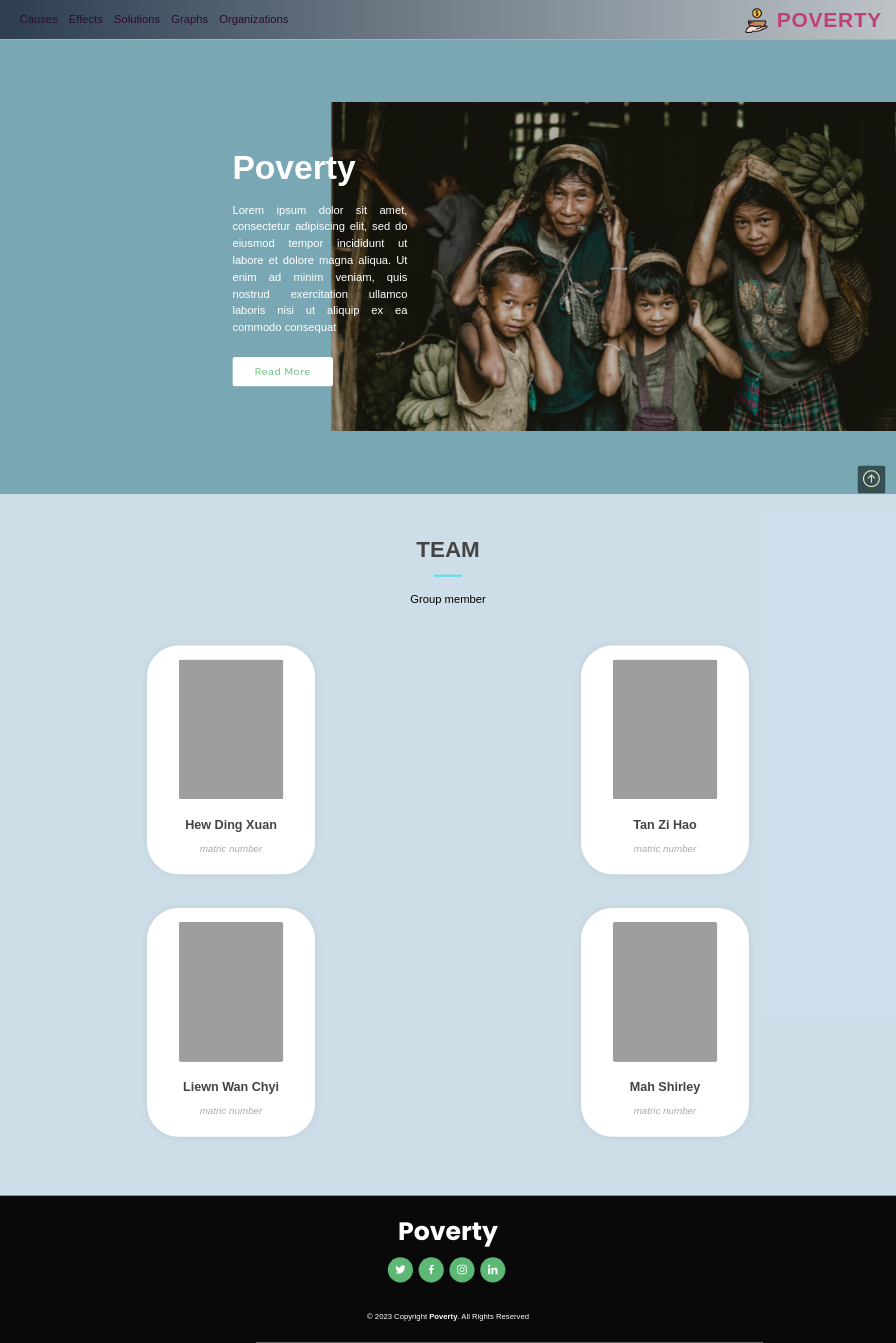
Repository: oscarhew/OSP_WIE2002
Page: index.html
The author's editor kept a copy of each file at every save. The page is drawn from the files as they stood at one save, then again after the next save.
The browser window is 1280 px wide. The pictures show the whole page, at 70% of full size.
Pictures or frames that could not be fetched are drawn as grey boxes.

Above is the page before, as saved 2023-04-02 15:02:31.

### index.html
<!DOCTYPE html>
<html lang="en">
<head>
    <meta charset="UTF-8">
    <meta http-equiv="X-UA-Compatible" content="IE=edge">
    <meta name="viewport" content="width=device-width, initial-scale=1.0">
    <title>Poverty</title>

    <!-- Favicon -->
    <link href="assets/img/logo.png" rel="icon">

    <!-- Google Fonts -->
    <link
      href="https://fonts.googleapis.com/css?family=Open+Sans:300,300i,400,400i,600,600i,700,700i|Raleway:300,300i,400,400i,500,500i,600,600i,700,700i|Poppins:300,300i,400,400i,500,500i,600,600i,700,700i"
      rel="stylesheet">

    <!-- Animate.css -->
    <link href="https://cdnjs.cloudflare.com/ajax/libs/animate.css/4.1.1/animate.min.css" rel="stylesheet" />

    <!-- Bootstrap 5 -->
    <link href="https://cdn.jsdelivr.net/npm/bootstrap@5.0.2/dist/css/bootstrap.min.css" rel="stylesheet"
        integrity="sha384-EVSTQN3/azprG1Anm3QDgpJLIm9Nao0Yz1ztcQTwFspd3yD65VohhpuuCOmLASjC" crossorigin="anonymous">
    <link rel="stylesheet" href="https://cdn.jsdelivr.net/npm/bootstrap-icons@1.8.1/font/bootstrap-icons.css">

    <!-- Boxicons -->
    <link href='https://unpkg.com/boxicons@2.1.2/css/boxicons.min.css' rel='stylesheet'>

    <!-- Template Main CSS File -->
    <link href="assets/css/main.css" rel="stylesheet">
</head>

<body class="d-flex flex-column min-vh-100">
  <!-- ======= Header ======= -->
  <nav id="header" class="navbar sticky-top navbar-expand-lg navbar-dark gradient-custom bg-dark p-2">
    <div class="container-fluid">

      <div class="collapse navbar-collapse justify-content-start" id="navbarNavAltMarkup">
        <ul class="navbar-nav">
          <li class="nav-item"><a class="nav-link" href="causes.html">Causes</a></li>
          <li class="nav-item"><a class="nav-link" href="effects.html">Effects</a></li>
          <li class="nav-item"><a class="nav-link" href="solutions.html">Solutions</a></li>
          <li class="nav-item"><a class="nav-link" href="graphs.html">Graphs</a></li>
          <li class="nav-item"><a class="nav-link" href="organizations.html">Organizations</a></li>
        </ul>
      </div>
      <a class="px-1" href="index.html">
        <img src="assets/img/logo.png" alt="" width="35" height="35" class="d-inline-block align-text-top">
        <h1 class="logo"><a href="index.html">POVERTY</a></h1>
      </a>

      <button class="navbar-toggler" type="button" data-bs-toggle="collapse" data-bs-target="#navbarNavAltMarkup"
        aria-controls="navbarNavAltMarkup" aria-expanded="false" aria-label="Toggle navigation">
        <span class="navbar-toggler-icon"></span>
      </button>
    </div>
  </nav>
  <!-- End Header -->

  <div class="flex-grow-1">
    <!-- ======= Hero Section ======= -->
    <section id="hero">
      <div id="heroCarousel" data-bs-interval="5000" class="carousel slide carousel-fade" data-bs-ride="carousel">

        <ol class="carousel-indicators" id="hero-carousel-indicators"></ol>

        <div class="carousel-inner" role="listbox">

          <!-- Slide 1 -->
          <div class="carousel-item active" style="background-image: url(assets/img/slide/index_background.jpg)">
            <div class="carousel-container">
              <div class="container">
                <h2 class="animate__animated animate__fadeInDown">Poverty</h2>
                <p class="animate__animated animate__fadeInUp">

                  Lorem ipsum dolor sit amet, consectetur adipiscing elit,
                  sed do eiusmod tempor incididunt ut labore et dolore magna aliqua. Ut enim ad minim veniam, quis nostrud exercitation ullamco laboris nisi ut aliquip ex ea commodo consequat</p>

                  <a href="definition.html" class="btn-get-started animate__animated animate__fadeInUp scrollto">Read More</a>
              </div>
            </div>
          </div>

        </div>
      </div>
    </section><!-- End Hero -->

    <!-- ======= Team Section ======= -->
    <section class="team section-bg">
      <div class="container-fluid">
        <div class="section-title">
          <h2>Team</h2>
          <p >Group member</p>
        </div>
        <div class="row mx-2">
          <div class="col-lg-6 col-sm-6">
            <div class="member mx-auto my-4">
              <img src="assets/img/team/dingXuan.jpeg" class="rounded" alt="...">
              <div class="card-body">
                <h4 class="card-title">Hew Ding Xuan</h4>
                <p class="card-text">matric number</p>
              </div>
            </div>
          </div>
          <div class="col-lg-6 col-sm-6">
            <div class="member mx-auto my-4">
              <img src="assets/img/team/ziHao.jpeg" class="rounded" alt="...">
              <div class="card-body">
                <h4 class="card-title">Tan Zi Hao</h4>
                <p class="card-text">matric number</p>
              </div>
            </div>
          </div>
          <div class="col-lg-6 col-sm-6">
            <div class="member mx-auto my-4">
              <img src="assets/img/team/wanChyi.jpeg" class="rounded" alt="...">
              <div class="card-body">
                <h4 class="card-title">Liewn Wan Chyi</h4>
                <p class="card-text">matric number</p>
              </div>
            </div>
          </div>
          <div class="col-lg-6 col-sm-6">
            <div class="member mx-auto my-4">
              <img src="assets/img/team/shirley.jpeg" class="rounded" alt="...">
              <div class="card-body">
                <h4 class="card-title">Mah Shirley</h4>
                <p class="card-text">matric number</p>
              </div>
            </div>
          </div>

        </div>
      </div>
    </section>
    <!-- End Team Section -->

  </div>

  <!-- ======= Footer ======= -->
  <footer id="footer" class="mt-auto">
    <div class="container">
      <h3>Poverty</h3>
      <div class="social-links">
        <a href="#" class="twitter"><i class="bx bxl-twitter"></i></a>
        <a href="#" class="facebook"><i class="bx bxl-facebook"></i></a>
        <a href="#" class="instagram"><i class="bx bxl-instagram"></i></a>
        <a href="#" class="linkedin"><i class="bx bxl-linkedin"></i></a>
      </div>
      <div class="copyright">
        &copy; 2023 Copyright <strong><span>Poverty</span></strong>. All Rights Reserved
      </div>
    </div>
  </footer>
  <!-- End Footer -->

  <!-- Back to Top -->
  <a href="#" class="back-to-top d-flex align-items-center justify-content-center">
    <span><i class="bi bi-arrow-up-circle"></i></span>
  </a>

  <script src="https://cdn.jsdelivr.net/npm/bootstrap@5.0.2/dist/js/bootstrap.bundle.min.js"
    integrity="sha384-MrcW6ZMFYlzcLA8Nl+NtUVF0sA7MsXsP1UyJoMp4YLEuNSfAP+JcXn/tWtIaxVXM"
    crossorigin="anonymous"></script>

</body>
</html>

### assets/css/main.css
/*--------------------------------------------------------------
# General
--------------------------------------------------------------*/

body {
    overflow-x: hidden;
    font-family: "Comic Sans MS", sans-serif;
    color: #444444;
  }

  a {
    text-decoration: none;
    color: #be4074;
  }

  a:hover {
    color: #4b083d;
    text-decoration: none;
  }

  h1, h2, h3, h4, h5, h6 {
    font-family: "Bahnschrift", sans-serif;
  }

  /*--------------------------------------------------------------
  # Header
  --------------------------------------------------------------*/
  #header {
    transition: all 0.5s;
  }
  #header.header-scrolled {
    box-shadow: 0px 2px 15px rgba(0, 0, 0, 0.1);
  }
  #header .logo {
    font-size: 30px;
    margin: 0;
    padding: 0;
    line-height: 1;
    font-weight: 700;
    letter-spacing: 1px;
    text-transform: uppercase;
    color: #081d0d;
  }

  /*--------------------------------------------------------------
  # Navigation Menu
  --------------------------------------------------------------*/
  /**
  * Desktop Navigation
  */
  .gradient-custom {
    background: #c471f5;

    background: linear-gradient(to right, #2c3e50, #bdc3c7)
  }

  .navbar-dark .navbar-nav .nav-link {
    color: #310A31;
  }

  .navbar-nav .nav-item{
    color: #5cb874 !important;
  }
  .navbar-nav .nav-item .nav-link:hover {
    color: #ff0000;
  }

  .navbar-nav .nav-item .active {
    color: #a1164b !important;
  }

  .navbar-nav .nav-item .getstarted, .navbar-nav .nav-item .getstarted:focus{
    color: #5cb874;
    padding: 8px 25px;
    margin-left: 30px;
    margin-right: 30px;
    border-radius: 4px;
    border: 2px solid #5cb874;
    transition: 0.3s;
    font-size: 14px;
  }
  .navbar-nav .nav-item .getstarted:hover, .navbar-nav .nav-item .getstarted:focus:hover {
    background: #5cb874;
    color: #3c2121;
  }

  /*--------------------------------------------------------------
# Back to top button
--------------------------------------------------------------*/
.back-to-top {
  position: fixed;
  right: 15px;
  bottom: 15px;
  z-index: 996;
  background: #354f52;
  width: 40px;
  height: 40px;
  border-radius: 4px;
  transition: all 0.4s;
  }

  .back-to-top .bi {
  font-size: 24px;
  color: #e8efcd;
  line-height: 0;
  }

  .back-to-top:hover {
  background: #e8efcd;
  color: #354f52;
  }

  .back-to-top .bi:hover{
  color: #354f35;
  }

  /*--------------------------------------------------------------
  # Hero Section
  --------------------------------------------------------------*/
  #hero {
    width: 100%;
    height: calc(100vh - 70px);
    background-color: rgba(88, 146, 162, 0.8);
    overflow: hidden;
    position: relative;
  }
  #hero .carousel, #hero .carousel-inner, #hero .carousel-item, #hero .carousel-item::before {
    background-size: contain;
    background-position: right top;
    background-repeat: no-repeat;
    position: absolute;
    top: 30px;
    right: 0;
    left: 100px;
    bottom: 30px;
  }
  #hero .carousel-item::before {
    content: "";

  }
  #hero .carousel-container {
    display: flex;
    justify-content: center;
    align-items: center;
    position: absolute;
    bottom: 0;
    top: 0;
    left: 20px;
    right: 50px;
  }
  #hero .container {
    text-align: left;
  }
  #hero h2 {
    color: #fff;
    margin-bottom: 20px;
    font-size: 48px;
    font-weight: 700;
  }
  #hero p {
    -webkit-animation-delay: 0.4s;
    animation-delay: 0.4s;
    margin: 0 auto 30px 0;
    color: #fff;
    inline-size: 250px;
    text-align: justify;
  }
  #hero .carousel-inner .carousel-item {
    transition-property: opacity;
    background-position: center top;
  }
  #hero .carousel-inner .carousel-item,
  #hero .carousel-inner .active.carousel-item-start,
  #hero .carousel-inner .active.carousel-item-end {
    opacity: 0;
  }
  #hero .carousel-inner .active,
  #hero .carousel-inner .carousel-item-next.carousel-item-start,
  #hero .carousel-inner .carousel-item-prev.carousel-item-end {
    opacity: 1;
    transition: 0.5s;
  }
  #hero .carousel-control-next-icon, #hero .carousel-control-prev-icon {
    background: none;
    font-size: 30px;
    line-height: 0;
    width: auto;
    height: auto;
    background: rgba(255, 255, 255, 0.2);
    border-radius: 50px;
    transition: 0.3s;
    color: rgba(255, 255, 255, 0.5);
    width: 54px;
    height: 54px;
    display: flex;
    align-items: center;
    justify-content: center;
  }
  #hero .carousel-control-next-icon:hover, #hero .carousel-control-prev-icon:hover {
    background: rgba(255, 255, 255, 0.3);
    color: rgba(255, 255, 255, 0.8);
  }
  #hero .carousel-indicators li {
    cursor: pointer;
    background: #fff;
    overflow: hidden;
    border: 0;
    width: 12px;
    height: 12px;
    border-radius: 50px;
    opacity: 0.6;
    transition: 0.3s;
  }
  #hero .carousel-indicators li.active {
    opacity: 1;
    background: #5cb874;
  }
  #hero .btn-get-started {
    font-family: "Raleway", sans-serif;
    font-weight: 500;
    font-size: 14px;
    letter-spacing: 1px;
    display: inline-block;
    padding: 14px 32px;
    border-radius: 4px;
    transition: 0.5s;
    line-height: 1;
    color: #6ec083;
    -webkit-animation-delay: 0.8s;
    animation-delay: 0.8s;
    background: #ffffff;
  }
  #hero .btn-get-started:hover {
    background: #ffffff;
  }
  @media (max-width: 992px) {
    #hero {
      height: 100vh;
    }
    #hero .carousel-container {
      top: 66px;
    }
  }
  @media (max-width: 768px) {
    #hero h2 {
      font-size: 28px;
    }
  }
  @media (min-width: 1024px) {
    #hero .carousel-control-prev, #hero .carousel-control-next {
      width: 5%;
    }
  }
  @media (max-height: 500px) {
    #hero {
      height: 120vh;
    }
  }


  /*--------------------------------------------------------------
  # Why Us
  --------------------------------------------------------------*/
  .why-us {
    padding: 0;
  }
  .why-us .row {
    overflow: hidden;
  }
  .why-us .content-item {
    padding: 40px;
    border-left: 1px solid #eee;
    border-bottom: 1px solid #eee;
    margin: -1px;
  }
  .why-us .content-item span {
    display: block;
    font-size: 24px;
    font-weight: 400;
    color: #6ec083;
  }
  .why-us .content-item h4 {
    font-size: 26px;
    font-weight: 300;
    padding: 0;
    margin: 20px 0;
  }
  .why-us .content-item p {
    color: #aaaaaa;
    font-size: 15px;
    margin: 0;
    padding: 0;
  }
  @media (max-width: 768px) {
    .why-us .content-item {
      padding: 40px 0;
    }
  }

  /*--------------------------------------------------------------
  # About Us
  --------------------------------------------------------------*/
  .about .content h3 {
    font-weight: 700;
    font-size: 28px;
  }
  .about .content ul {
    list-style: none;
    padding: 0;
  }
  .about .content ul li {
    padding-bottom: 10px;
  }
  .about .content ul i {
    font-size: 20px;
    padding-right: 4px;
    color: #5cb874;
  }
  .about .content p:last-child {
    margin-bottom: 0;
  }

  /*--------------------------------------------------------------
  # Portfolio
  --------------------------------------------------------------*/
  .portfolio{
    margin-bottom: 80px;
  }
  .portfolio .portfolio-item {
    margin-bottom: 30px;
  }
  .portfolio #portfolio-flters {
    padding: 0;
    margin: 0 auto 20px auto;
    list-style: none;
    text-align: center;
  }
  .portfolio #portfolio-flters li {
    cursor: pointer;
    display: inline-block;
    padding: 8px 15px 10px 15px;
    font-size: 14px;
    font-weight: 600;
    line-height: 1;
    text-transform: uppercase;
    color: #444444;
    margin-bottom: 5px;
    transition: all 0.3s ease-in-out;
    border-radius: 3px;
  }
  .portfolio #portfolio-flters li:hover, .portfolio #portfolio-flters li.filter-active {
    color: #fff;
    background: #5cb874;
  }
  .portfolio #portfolio-flters li:last-child {
    margin-right: 0;
  }
  .portfolio .portfolio-wrap {
    transition: 0.3s;
    position: relative;
    overflow: hidden;
    z-index: 1;
    background: rgba(34, 34, 34, 0.6);
  }
  .portfolio .portfolio-wrap::before {
    content: "";
    background: rgba(34, 34, 34, 0.6);
    position: absolute;
    left: 0;
    right: 0;
    top: 0;
    bottom: 0;
    transition: all ease-in-out 0.3s;
    z-index: 2;
    opacity: 0;
  }
  .portfolio .portfolio-wrap img {
    transition: all ease-in-out 0.3s;
  }
  .portfolio .portfolio-wrap .portfolio-info {
    opacity: 0;
    position: absolute;
    top: 0;
    left: 0;
    right: 0;
    bottom: 0;
    z-index: 3;
    transition: all ease-in-out 0.3s;
    display: flex;
    flex-direction: column;
    justify-content: flex-end;
    align-items: flex-start;
    padding: 20px;
  }
  .portfolio .portfolio-wrap .portfolio-info h4 {
    font-size: 20px;
    color: #fff;
    font-weight: 600;
  }
  .portfolio .portfolio-wrap .portfolio-info p {
    color: rgba(255, 255, 255, 0.7);
    font-size: 14px;
    text-transform: uppercase;
    padding: 0;
    margin: 0;
    font-style: italic;
  }
  .portfolio .portfolio-wrap .portfolio-links {
    text-align: center;
    z-index: 4;
  }
  .portfolio .portfolio-wrap .portfolio-links a {
    color: #fff;
    margin: 0 5px 0 0;
    font-size: 28px;
    display: inline-block;
    transition: 0.3s;
  }
  .portfolio .portfolio-wrap .portfolio-links a:hover {
    color: #6ec083;
  }
  .portfolio .portfolio-wrap:hover::before {
    opacity: 1;
  }
  .portfolio .portfolio-wrap:hover img {
    transform: scale(1.2);
  }
  .portfolio .portfolio-wrap:hover .portfolio-info {
    opacity: 1;
  }

  /*--------------------------------------------------------------
  # Portfolio Details
  --------------------------------------------------------------*/
  .portfolio-details {
    padding-top: 40px;
  }
  .portfolio-details .portfolio-details-slider img {
    width: 100%;
  }
  .portfolio-details .portfolio-details-slider .swiper-pagination {
    margin-top: 20px;
    position: relative;
  }
  .portfolio-details .portfolio-details-slider .swiper-pagination .swiper-pagination-bullet {
    width: 12px;
    height: 12px;
    background-color: #fff;
    opacity: 1;
    border: 1px solid #5cb874;
  }
  .portfolio-details .portfolio-details-slider .swiper-pagination .swiper-pagination-bullet-active {
    background-color: #5cb874;
  }
  .portfolio-details .portfolio-info {
    padding: 30px;
    box-shadow: 0px 0 30px rgba(34, 34, 34, 0.08);
  }
  .portfolio-details .portfolio-info h3 {
    font-size: 22px;
    font-weight: 700;
    margin-bottom: 20px;
    padding-bottom: 20px;
    border-bottom: 1px solid #eee;
  }
  .portfolio-details .portfolio-info ul {
    list-style: none;
    padding: 0;
    font-size: 15px;
  }
  .portfolio-details .portfolio-info ul li + li {
    margin-top: 10px;
  }
  .portfolio-details .portfolio-description {
    padding-top: 30px;
  }
  .portfolio-details .portfolio-description h2 {
    font-size: 26px;
    font-weight: 700;
    margin-bottom: 20px;
  }
  .portfolio-details .portfolio-description p {
    padding: 0;
  }


  /*--------------------------------------------------------------
  # Sections General
  --------------------------------------------------------------*/
  section {
    padding: 60px 0;
  }

  .section-bg {
    background-color: #c9dce8ec;
  }

  .section-title {
    text-align: center;
    padding-bottom: 30px;
  }

  .section-title .image-center{
    display: block;
    margin-left: auto;
    margin-right: auto;
  }

  .section-title h2 {
    font-size: 32px;
    font-weight: bold;
    text-transform: uppercase;
    margin-bottom: 20px;
    padding-bottom: 20px;
    position: relative;
  }
  .section-title h2::before {
    content: "";
    position: absolute;
    display: block;
    width: 120px;
    height: 1px;
    background: #ddd;
    bottom: 1px;
    left: calc(50% - 60px);
    font-size: 20px;
  }
  .section-title h2::after {
    content: "";
    position: absolute;
    display: block;
    width: 40px;
    height: 3px;
    background: #56e1e6;
    bottom: 0;
    left: calc(50% - 20px);
  }
  .section-title p {
    margin-bottom: 0;
    font-size: 16px;
    color: #000000;
  }

  .section-title .italic {
    font-size: 10px;
  }

  /*--------------------------------------------------------------
  # Team
  --------------------------------------------------------------*/

  .team .member {
    text-align: center;
    margin-bottom: 30px;
    box-shadow: 0px 0px 12px 0px rgba(34, 34, 34, 0.07);
    padding: 10px 20px;
    width: 15rem;
    background: #fff;
    border-radius: 45px;
  }
  .team .member img {
    width: 150px;
    height: 200px;
    margin: 10px 0 10px 0;
  }
  .team .member h4 {
    font-weight: 700;
    margin-bottom: 2px;
    font-size: 18px;
  }
  .team .member p {
    padding-top: 10px;
    font-size: 14px;
    font-style: italic;
    color: #aaaaaa;
  }

  /*--------------------------------------------------------------
  # Footer
  --------------------------------------------------------------*/
  #footer {
    background: #090909;
    color: #fff;
    font-size: 14px;
    text-align: center;
    padding: 30px 0;
  }
  #footer h3 {
    font-size: 36px;
    font-weight: 700;
    color: #fff;
    position: relative;
    font-family: "Poppins", sans-serif;
    padding: 0;
    margin: 0 0 15px 0;
  }
  #footer p {
    font-size: 15;
    font-style: italic;
    padding: 0;
    margin: 0 0 40px 0;
  }
  #footer .social-links {
    margin: 0 0 40px 0;
  }
  #footer .social-links a {
    font-size: 18px;
    display: inline-block;
    background: #5cb874;
    color: #fff;
    line-height: 1;
    padding: 8px 0;
    margin-right: 4px;
    border-radius: 50%;
    text-align: center;
    width: 36px;
    height: 36px;
    transition: 0.3s;
  }
  #footer .social-links a:hover {
    background: #449d5b;
    color: #fff;
    text-decoration: none;
  }
  #footer .copyright {
    margin: 0;
    font-size: 11px;
    vertical-align: baseline;
  }

After the next save:
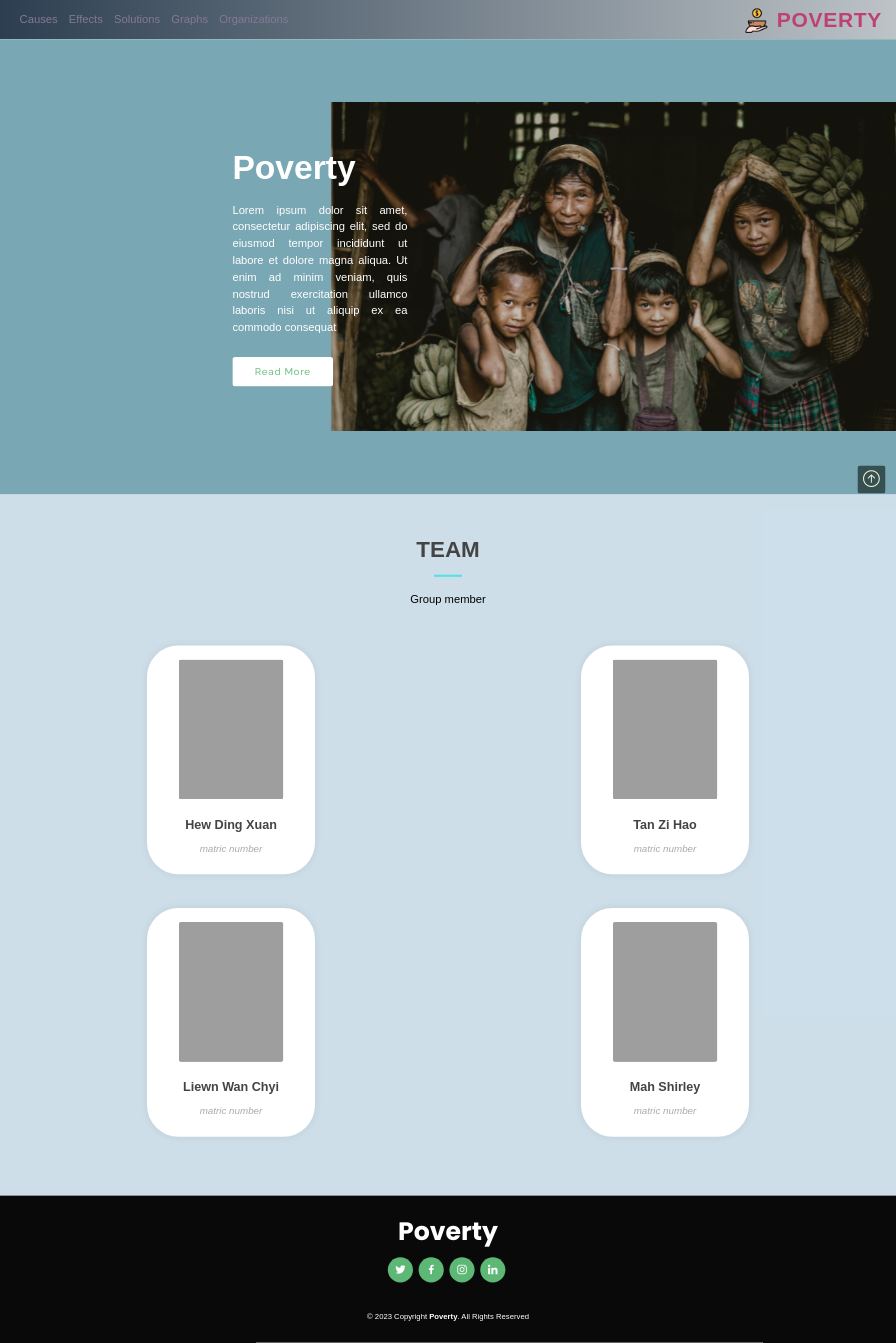
Saved 7 s later.
--- a/assets/css/main.css
+++ b/assets/css/main.css
@@ -55,7 +55,7 @@ body {
   }
 
   .navbar-dark .navbar-nav .nav-link {
-    color: #310A31;
+    color: #847996;
   }
 
   .navbar-nav .nav-item{
